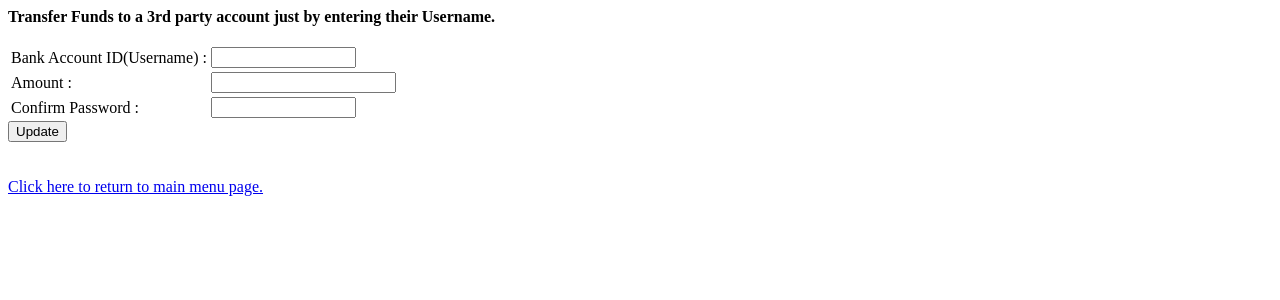
Repository: kingron98/SoftEng-Bank-Web-Application-
Page: http://localhost/SE3_BankWebApp/displayTransferFunds.jsp
The author's editor kept a copy of each file at every save. The page is drawn from the files as they stood at one save, then again after the next save.
The browser window is 1280 px wide. The pictures show the whole page.
The page is served by Tomcat 9.

Above is the page before, as saved 2020-12-13 16:37:15.

After the next save:
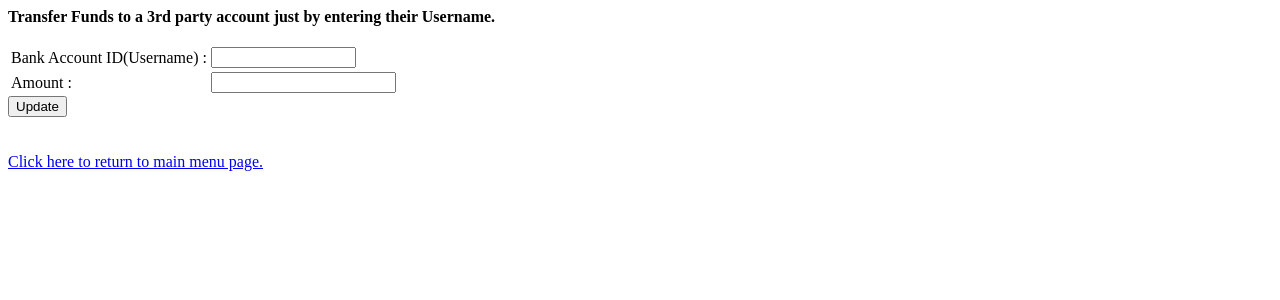
Saved 14 s later.
--- a/SE3 Bank App/Java/Workspace/SE3_BankWebApp/WebContent/displayTransferFunds.jsp
+++ b/SE3 Bank App/Java/Workspace/SE3_BankWebApp/WebContent/displayTransferFunds.jsp
@@ -20,9 +20,6 @@
             <tr>
             	<td> Amount  : </td><td> <input name="balance" size=15 type="number" /> </td>
             </tr>
-            <tr>
-                <td> Confirm Password  : </td><td> <input name="password" size=15 type="password" /> </td>
-            </tr>
         </table>
 
         <input type="hidden" name="action" value="UpdateProfile" />
